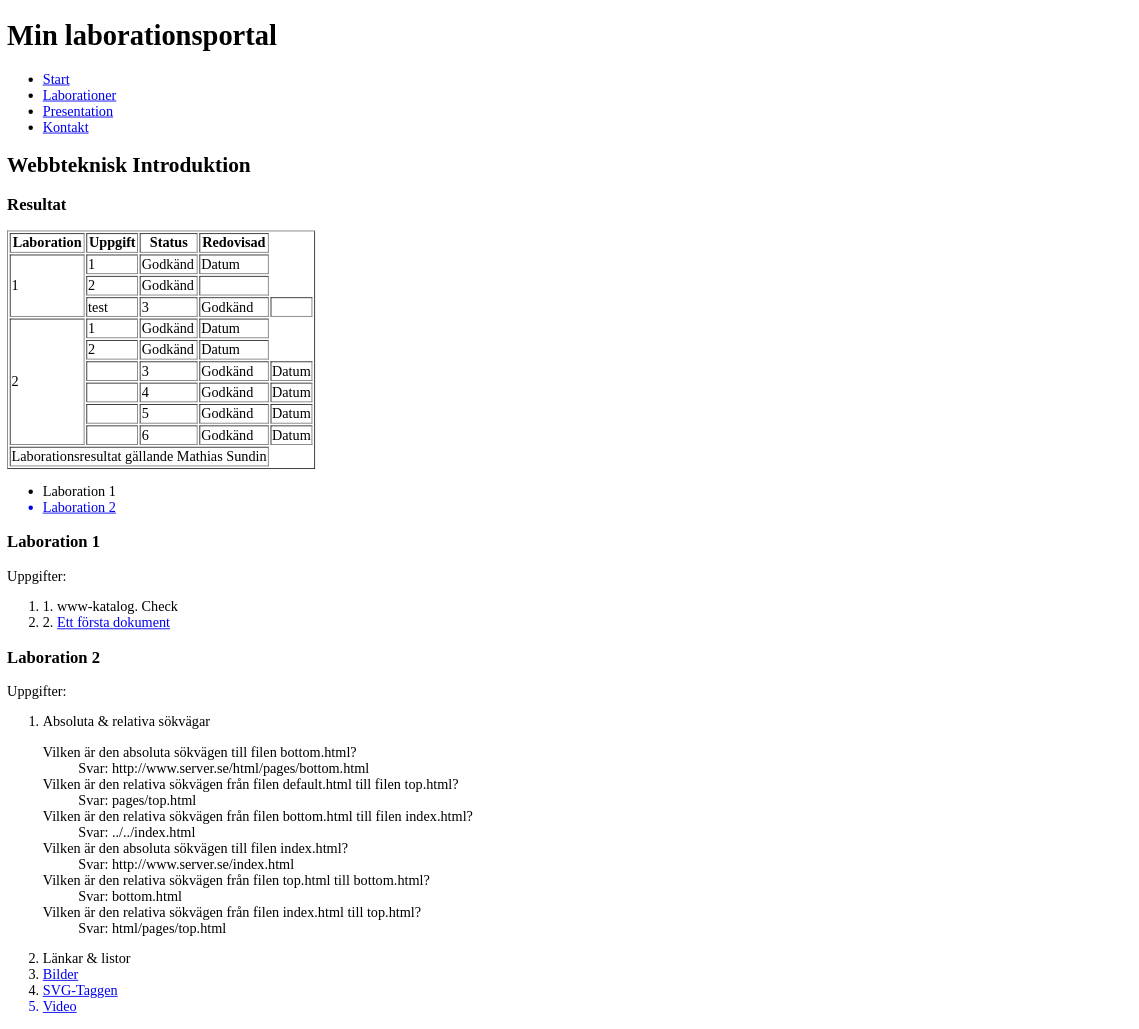
Repository: ms223uh/1ik415-laborationer
Page: www/pages/laborationer.html
The author's editor kept a record of every edit. The page is drawn from the files as they stood at one moment, then again after the next edit.
The browser window is 1280 px wide. The pictures show the whole page, at 89% of full size.

Above is the page before.

After the next edit:
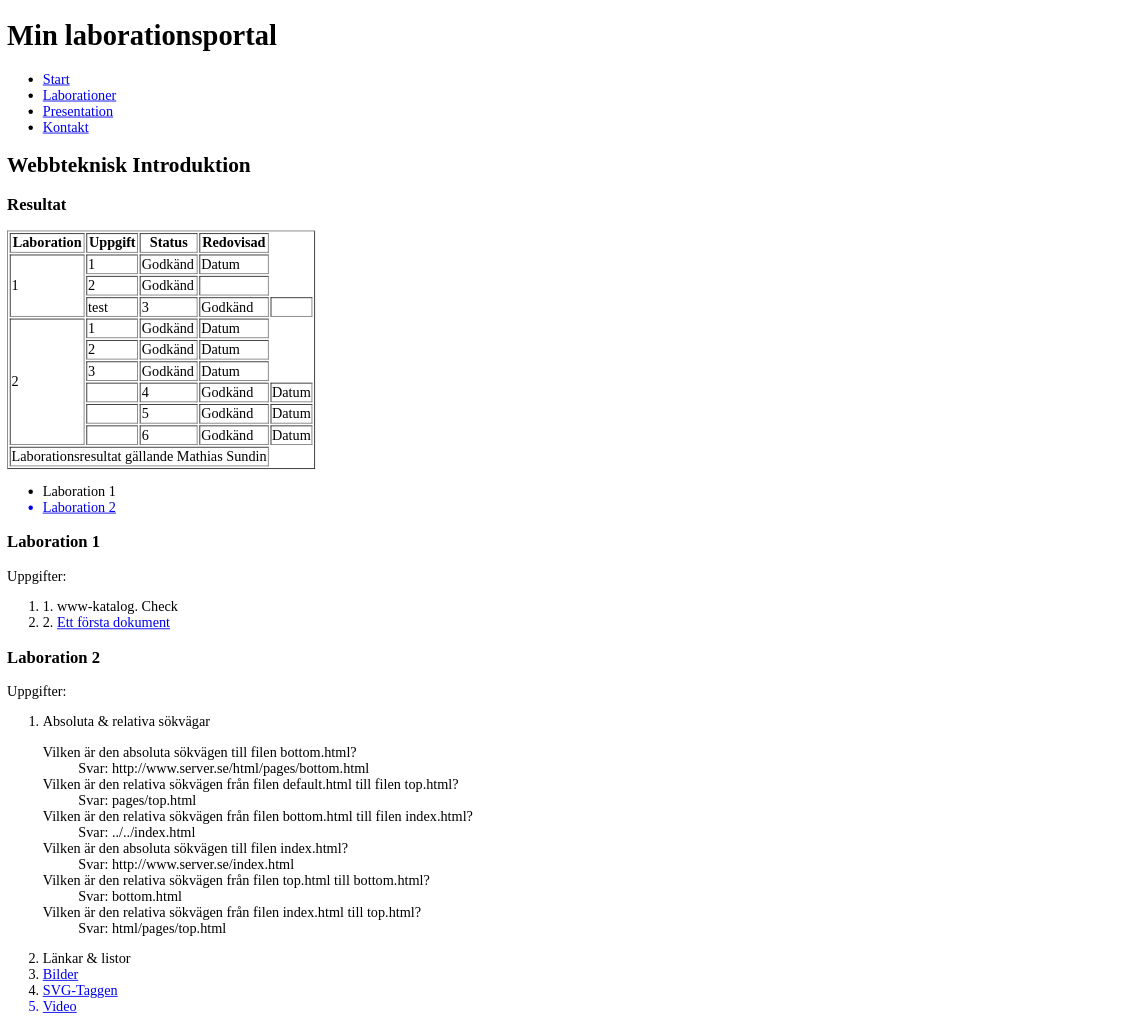
The edit:
--- a/www/pages/laborationer.html
+++ b/www/pages/laborationer.html
@@ -73,7 +73,6 @@
                    <td>Datum</td>
                    </tr>
                    <tr>
-                   <td></td>
                    <td>3</td>
                    <td>Godkänd</td>
                    <td>Datum</td>
